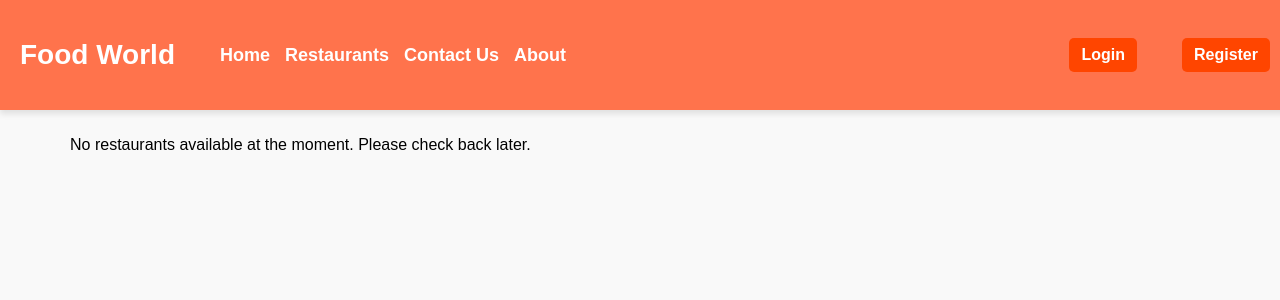
Repository: Sujith-B-S/Food-Application
Page: http://localhost/FoodApplication/home.jsp
An editor plug-in stored every save of this project. The page is shown before and after the next save, followed by the edit.
The browser window is 1280 px wide. The pictures show the whole page.
Some web fonts or font styles are not loaded; a fallback is used. The page is served by Tomcat 9. Other server files are loaded and not shown.

Above is the page before, as saved 2024-11-16 19:14:18.

### FoodApplication/src/main/webapp/home.jsp
<%@ page language="java" contentType="text/html; charset=UTF-8" pageEncoding="UTF-8"%>
<%@ page import="com.sg.restaurantpojo.Restaurant" %>
<%@ page import="java.util.List" %>
<%@ page import="com.sg.userpojo.User" %>
<!DOCTYPE html>
<html lang="en">
<head>
    <meta charset="UTF-8">
    <meta name="viewport" content="width=device-width, initial-scale=1.0">
    <title>Home - Food Application</title>
    <style>
        /* Google Font */
        @import url('https://fonts.googleapis.com/css2?family=Nunito+Sans:wght@400;600;700&display=swap');

        html {
            scroll-behavior: smooth;
        }

        body {
            margin: 0;
            font-family: 'Nunito Sans', sans-serif;
            background-color: #f9f9f9;
        }

        /* Navbar Styling */
        .navbar {
            position: fixed;
            top: 0;
            width: 100%;
            height: 110px;
            background-color: #FF734C;
            display: flex;
            justify-content: space-between;
            align-items: center;
            padding: 0 20px;
            box-shadow: 0 4px 6px rgba(0, 0, 0, 0.1);
            z-index: 1000;
        }

        .navbar-left .nav{
            display: flex;
            align-items: center;
        }

        .navbar-left {
        	gap : 25px;
            display: flex;
            align-items: center;
        }


        .app-name {
            font-size: 28px;
            font-weight: 700;
            color: white;
            margin-right: 20px;
        }

        nav {
            display: flex;
            gap: 15px;
        }

        .navbar a {
            color: white;
            text-decoration: none;
            font-size: 18px;
            font-weight: 600;
        }

        .navbar a:hover {
            color: black;
        }

        .user-info {
            display: flex;
            align-items: center;
            gap: 15px;
        }

        .user-info p {
            margin: 0;
            color: white;
            font-size: 18px;
        }

        .user-info a {
            color: #fff;
            padding: 8px 12px;
            border-radius: 5px;
            margin-right:30px;
            background-color: #ff4500;
            font-size: 16px;
            text-decoration: none;
            transition: background-color 0.3s ease;
        }

        .user-info a:hover {
            background-color: #ff3300;
        }

        /* Hamburger Menu */
        .hamburger {
            display: none;
            flex-direction: column;
            gap: 5px;
            cursor: pointer;
        }

        .hamburger div {
            width: 25px;
            height: 3px;
            background-color: white;
        }

        .navbar nav {
            display: flex;
        }

        .navbar nav.active {
            display: flex;
            flex-direction: column;
            background-color: #FF734C;
            position: absolute;
            top: 70px;
            left: 0;
            width: 100%;
            padding: 10px 0;
            z-index: 999;
        }

        .container {
        	margin:50px;
            margin-top: 100px;
            display: grid;
            grid-template-columns: repeat(auto-fit, minmax(250px, 1fr));
            gap: 20px;
            padding: 20px;
        }

        .card {
            border: 1px solid #ddd;
            border-radius: 10px;
            background-color: #fff;
            box-shadow: 0 4px 8px rgba(0, 0, 0, 0.1);
            transition: transform 0.3s ease, box-shadow 0.3s ease;
        }

        .card:hover {
            transform: scale(1.05);
            box-shadow: 0 6px 12px rgba(0, 0, 0, 0.2);
        }

        .card img {
            width: 100%;
            height: 250px;
            object-fit: cover;
            -moz-border-radius: 0px;
			-webkit-border-radius: 3px 3px 0px 0px;
			border-radius: 10px 10px 0px 0px;
        }

        .card-content {
            padding: 15px;
            text-align: center;
        }

        .card-content h3 {
            font-size: 1.5rem;
            color: #1E201E;
            margin: 10px 0;
        }

        .card-content p {
            font-size: 0.9rem;
            color: #666;
            margin: 5px 0;
        }
        a{
        	text-decoration: none;
        }

       /*  .card-content button {
            margin-top: 10px;
            padding: 10px 20px;
            font-size: 16px;
            color: white;
            background-color: #FF734C;
            border: none;
            border-radius: 5px;
            cursor: pointer;
            transition: background-color 0.3s ease;
        } */

       /*  .card-content button:hover {
            background-color: #ff3d00;
        } */

        /* Responsive Adjustments */
        @media (max-width: 790px) {
            .hamburger {

                display: flex;
                width: 10px;
            }

            .navbar nav {
                display: none;
            }

            .navbar nav.active {
                display: flex;
            }

            .app-name {
                font-size: 24px;
            }

            .user-info a {
                font-size: 14px;
            }
        }

        @media (max-width: 450px) {
            .hamburger {
                display: flex;
            }

            .navbar nav {
                display: none;
            }

            .navbar nav.active {
                display: flex;
            }

            .app-name {
                font-size: 20px;
            }

            .user-info a {
                font-size: 7px;
            }
        }
    </style>
    <script>
        document.addEventListener('DOMContentLoaded', () => {
            const hamburger = document.querySelector('.hamburger');
            const nav = document.querySelector('.navbar nav');

            hamburger.addEventListener('click', () => {
                nav.classList.toggle('active');
            });
        });
    </script>
</head>
<body>
    <!-- Navbar -->
    <div class="navbar">
        <div class="navbar-left">
            <div class = "title">
            	<p class="app-name">Food World</p>
            </div>
            <div class="hamburger">
                <div></div>
                <div></div>
                <div></div>
            </div>
            <nav>
                <a href="home.jsp">Home</a>
                <a href="restaurants.jsp">Restaurants</a>
                <a href="contact.jsp">Contact Us</a>
                <a href="about.jsp">About</a>
            </nav>
        </div>
        <div class="user-info">
            <%
                User user = (User) session.getAttribute("loggedInUser");
                if (user != null) {
            %>
                <p>Welcome, <%= user.getUsername() %></p>
                <a href="login.jsp">Logout</a>
            <%
                } else {
            %>
                <a href="login.jsp">Login</a>
                <a href="register.jsp">Register</a>
            <%
                }
            %>
        </div>
    </div>

    <!-- Restaurant Cards -->
    <div class="container">
        <%
            List<Restaurant> resList = (List<Restaurant>) session.getAttribute("resList");
            if (resList != null) {
                for (Restaurant res : resList) {
        %>
        <a href="ShowMenu?restaurantId=<%= res.getRestaurantId() %>">
        <div class="card">
            <img src="<%= res.getImage() %>" alt="Restaurant">
            <div class="card-content">
                <h3><%= res.getName() %></h3>
                <p><strong>Cuisine:</strong> <%= res.getCuisineType() %></p>
                <p><strong>Address:</strong> <%= res.getAddress() %></p>
                <p><strong>Ratings:</strong> <%= res.getRatings() %></p>
                <p><strong>Delivery Time:</strong> <%= res.getDeliverTime() %> mins</p>
                <p><strong>Available:</strong> <%= res.getIsActive() ? "Yes" : "No" %></p>



            </div>
        </div>
         </a>
        <%
                }
            } else {
        %>
        <p>No restaurants available at the moment. Please check back later.</p>
        <%
            }
        %>

    </div>

</body>
</html>

After the next save:
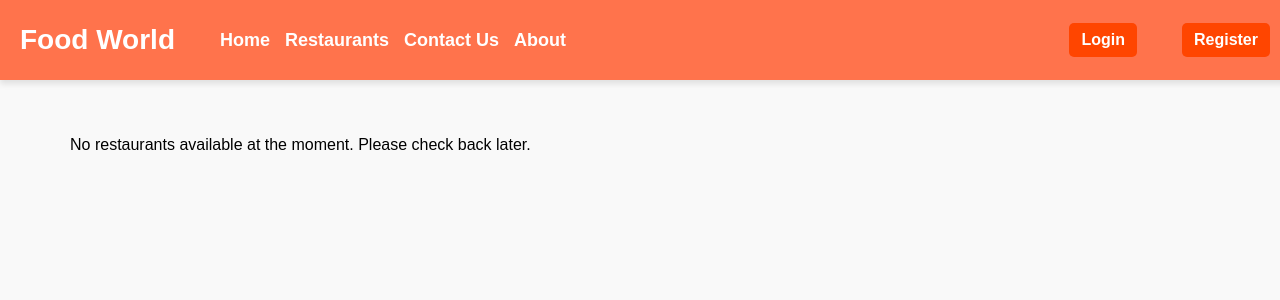
Saved 19 s later.
--- a/FoodApplication/src/main/webapp/home.jsp
+++ b/FoodApplication/src/main/webapp/home.jsp
@@ -27,7 +27,7 @@
             position: fixed;
             top: 0;
             width: 100%;
-            height: 110px;
+            height: 80px;
             background-color: #FF734C;
             display: flex;
             justify-content: space-between;
